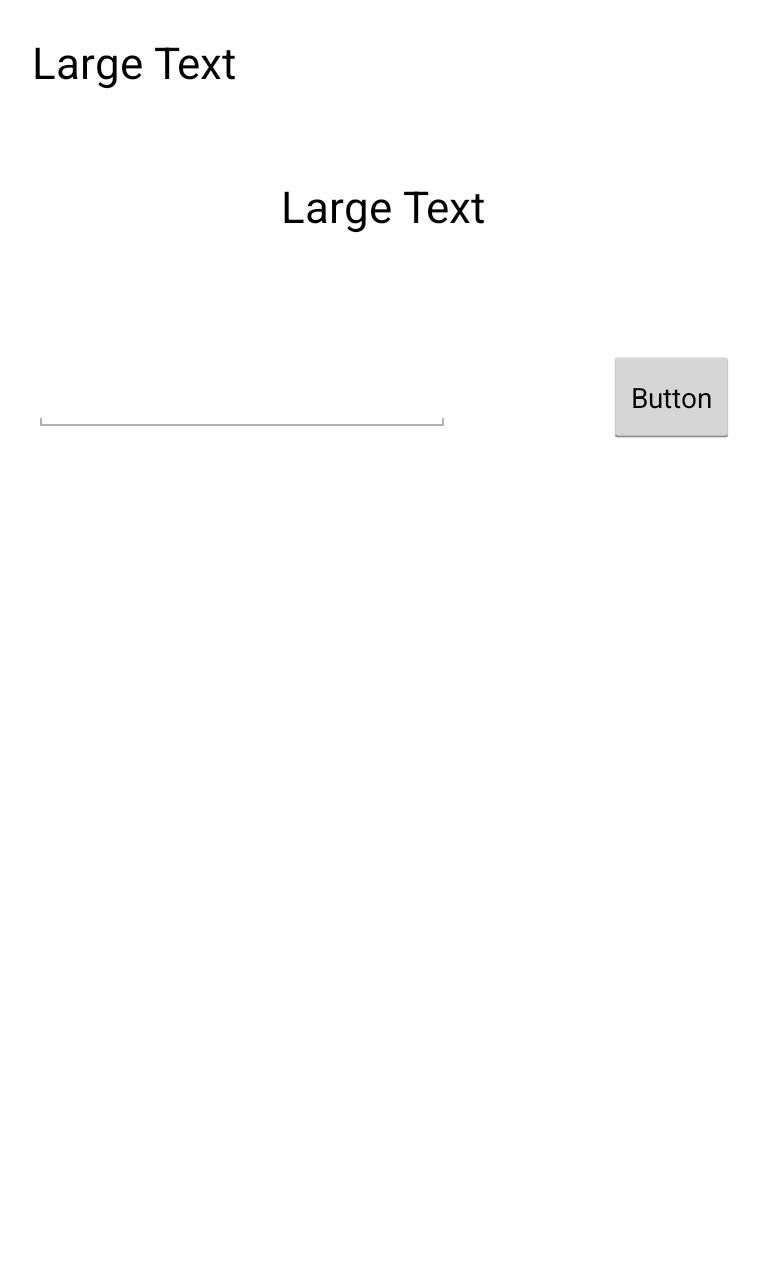
Repository: packn3/AlarmClock
Layout: alarm/Alarm/res/layout/activity_alarm.xml
These files come from the project's save history. The layout is drawn as it stood at one moment and after the next save; the edit follows.
It is drawn on a 768 x 1280 px phone screen (xhdpi) without system bars, with theme AppTheme; the app's code is not run.

Above is the layout before, as saved 2013-12-22 16:44:28.

### alarm/Alarm/res/layout/activity_alarm.xml
<RelativeLayout xmlns:android="http://schemas.android.com/apk/res/android"
    xmlns:tools="http://schemas.android.com/tools"
    android:layout_width="match_parent"
    android:layout_height="match_parent"
    android:paddingBottom="@dimen/activity_vertical_margin"
    android:paddingLeft="@dimen/activity_horizontal_margin"
    android:paddingRight="@dimen/activity_horizontal_margin"
    android:paddingTop="@dimen/activity_vertical_margin"
    tools:context=".Alarm" >

    <TextView
        android:id="@+id/formulaText"
        android:layout_width="wrap_content"
        android:layout_height="wrap_content"
        android:layout_alignParentTop="true"
        android:layout_centerHorizontal="true"
        android:layout_marginTop="72dp"
        android:text="Large Text"
        android:textAppearance="?android:attr/textAppearanceLarge" />

    <EditText
        android:id="@+id/answer"
        android:layout_width="wrap_content"
        android:layout_height="wrap_content"
        android:layout_alignParentLeft="true"
        android:layout_below="@+id/formulaText"
        android:layout_marginTop="60dp"
        android:ems="10"
        android:inputType="number" />

    <Button
        android:id="@+id/judgeButton"
        style="?android:attr/buttonStyleSmall"
        android:layout_width="wrap_content"
        android:layout_height="wrap_content"
        android:layout_alignBaseline="@+id/answer"
        android:layout_alignBottom="@+id/answer"
        android:layout_alignParentRight="true"
        android:text="Button" />

    <TextView
        android:id="@+id/questionNumber"
        android:layout_width="wrap_content"
        android:layout_height="wrap_content"
        android:layout_alignParentTop="true"
        android:text="Large Text"
        android:textAppearance="?android:attr/textAppearanceLarge" />

</RelativeLayout>

Loaded but not shown: alarm/Alarm/res/values/styles.xml (common file); alarm/Alarm/res/values-v11/styles.xml (common file); alarm/Alarm/res/values-v14/styles.xml (common file); alarm/Alarm/res/values/dimens.xml (common file)

After the next save:
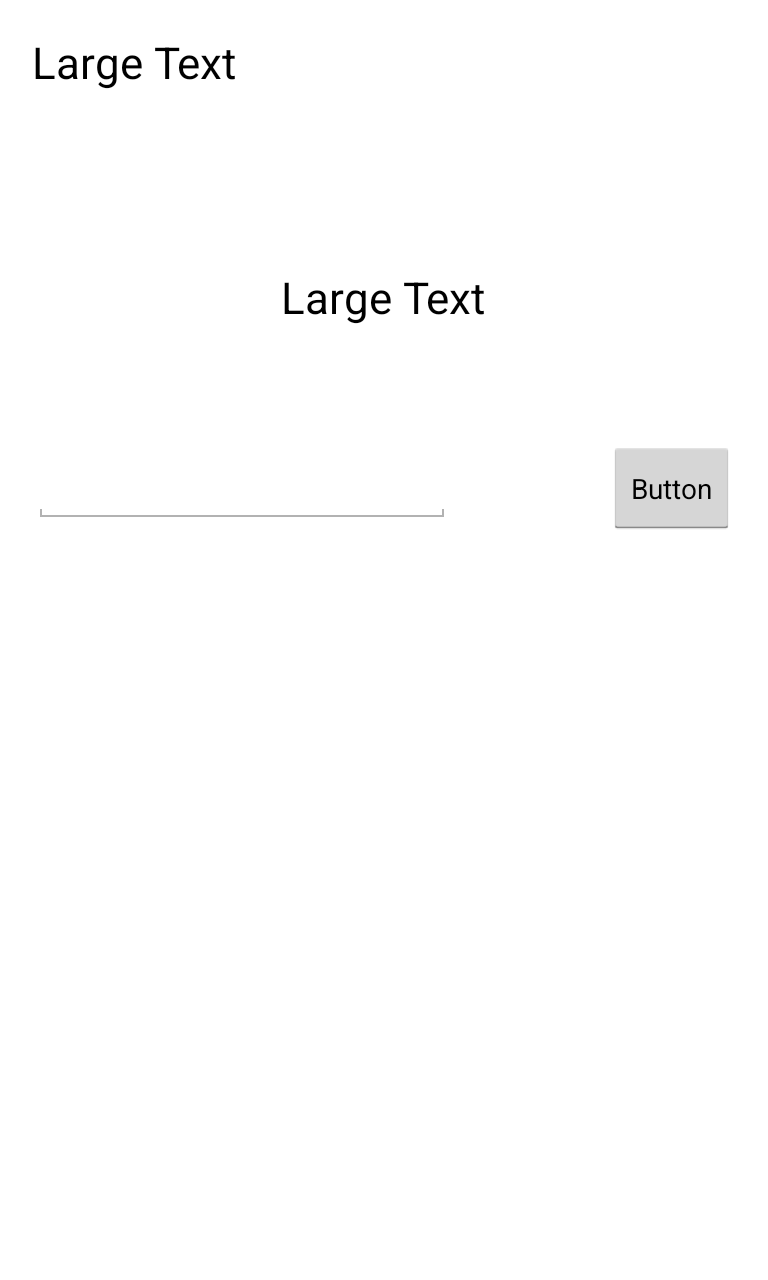
Saved 101 s later.
--- a/alarm/Alarm/res/layout/activity_alarm.xml
+++ b/alarm/Alarm/res/layout/activity_alarm.xml
@@ -7,16 +7,6 @@
     android:paddingRight="@dimen/activity_horizontal_margin"
     android:paddingTop="@dimen/activity_vertical_margin"
     tools:context=".Alarm" >
-
-    <TextView
-        android:id="@+id/formulaText"
-        android:layout_width="wrap_content"
-        android:layout_height="wrap_content"
-        android:layout_alignParentTop="true"
-        android:layout_centerHorizontal="true"
-        android:layout_marginTop="72dp"
-        android:text="Large Text"
-        android:textAppearance="?android:attr/textAppearanceLarge" />
 
     <EditText
         android:id="@+id/answer"
@@ -46,4 +36,14 @@
         android:text="Large Text"
         android:textAppearance="?android:attr/textAppearanceLarge" />
 
+    <TextView
+        android:id="@+id/formulaText"
+        android:layout_width="wrap_content"
+        android:layout_height="wrap_content"
+        android:layout_below="@+id/questionNumber"
+        android:layout_centerHorizontal="true"
+        android:layout_marginTop="88dp"
+        android:text="Large Text"
+        android:textAppearance="?android:attr/textAppearanceLarge" />
+
 </RelativeLayout>

After the save that followed:
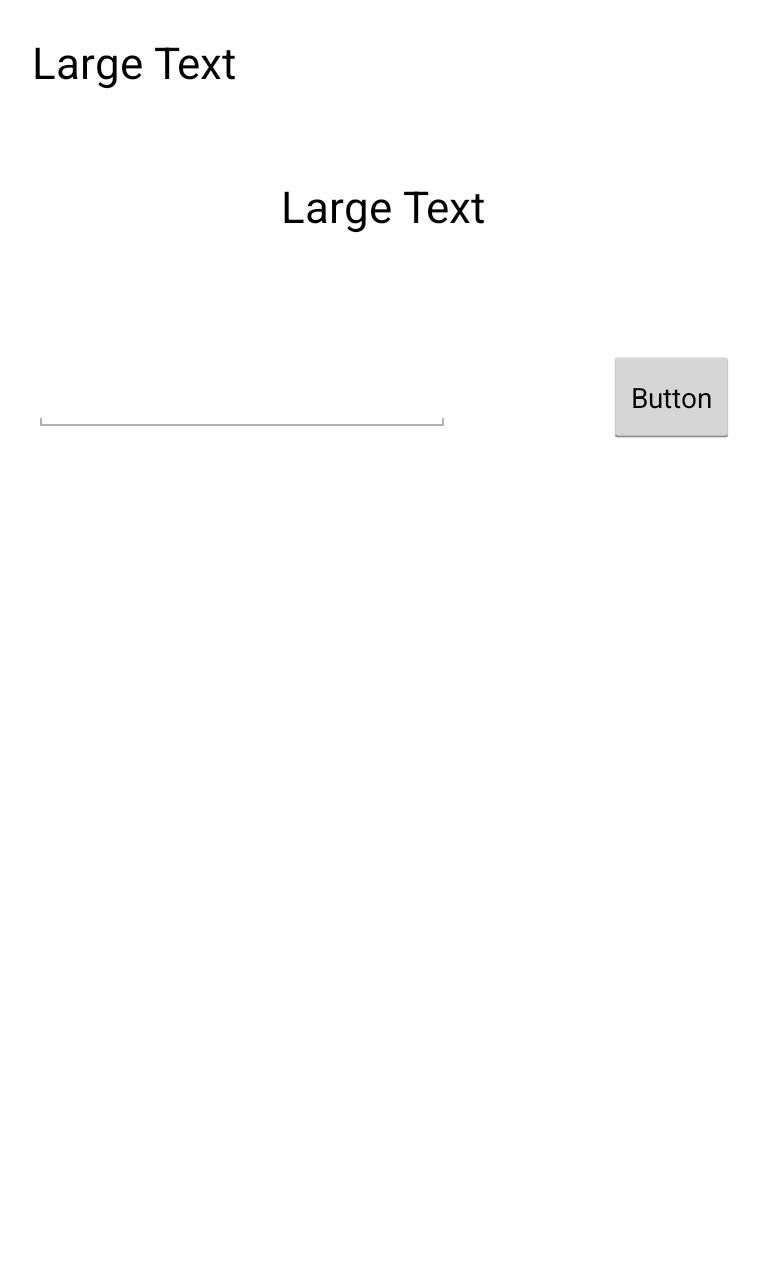
Saved 2 min 50 s later.
--- a/alarm/Alarm/res/layout/activity_alarm.xml
+++ b/alarm/Alarm/res/layout/activity_alarm.xml
@@ -7,6 +7,16 @@
     android:paddingRight="@dimen/activity_horizontal_margin"
     android:paddingTop="@dimen/activity_vertical_margin"
     tools:context=".Alarm" >
+
+    <TextView
+        android:id="@+id/formulaText"
+        android:layout_width="wrap_content"
+        android:layout_height="wrap_content"
+        android:layout_alignParentTop="true"
+        android:layout_centerHorizontal="true"
+        android:layout_marginTop="72dp"
+        android:text="Large Text"
+        android:textAppearance="?android:attr/textAppearanceLarge" />
 
     <EditText
         android:id="@+id/answer"
@@ -36,14 +46,4 @@
         android:text="Large Text"
         android:textAppearance="?android:attr/textAppearanceLarge" />
 
-    <TextView
-        android:id="@+id/formulaText"
-        android:layout_width="wrap_content"
-        android:layout_height="wrap_content"
-        android:layout_below="@+id/questionNumber"
-        android:layout_centerHorizontal="true"
-        android:layout_marginTop="88dp"
-        android:text="Large Text"
-        android:textAppearance="?android:attr/textAppearanceLarge" />
-
 </RelativeLayout>
